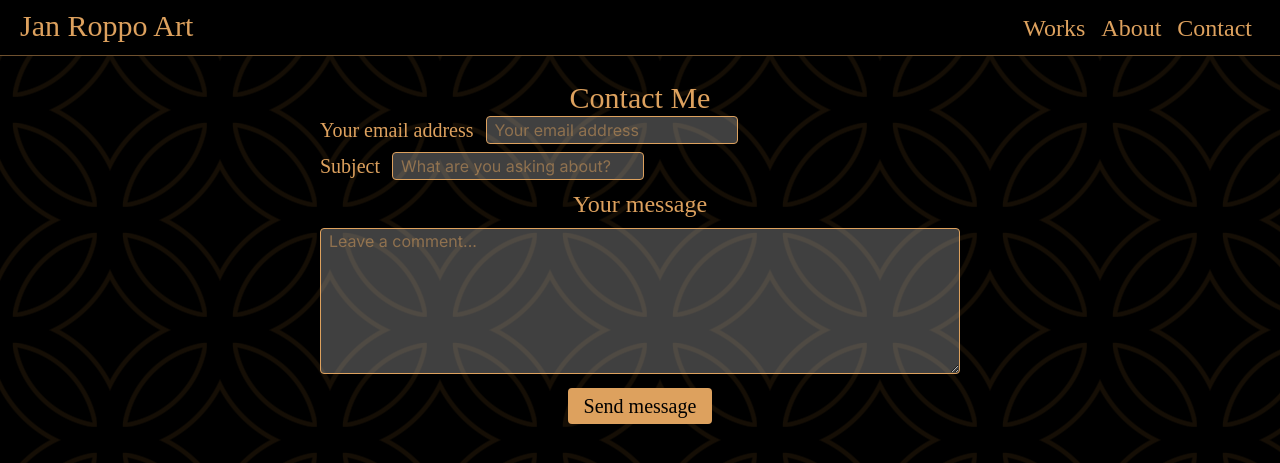
Repository: YanceMcFinn/JRArt
Page: /contact
An editor plug-in stored every save of this project. The page is shown before and after the next save, followed by the edit.
The browser window is 1280 px wide. The pictures show the whole page.
Some web fonts or font styles are not loaded; a fallback is used. The project was rebuilt for these pictures with package versions that can differ from the ones it lists, and the page was loaded fresh each time. The framework's server and built-in components were replaced by stand-ins that run in the browser. Also part of the build but not shown: next.config.js.

Above is the page before, as saved 2023-10-28 22:45:04.

After the next save:
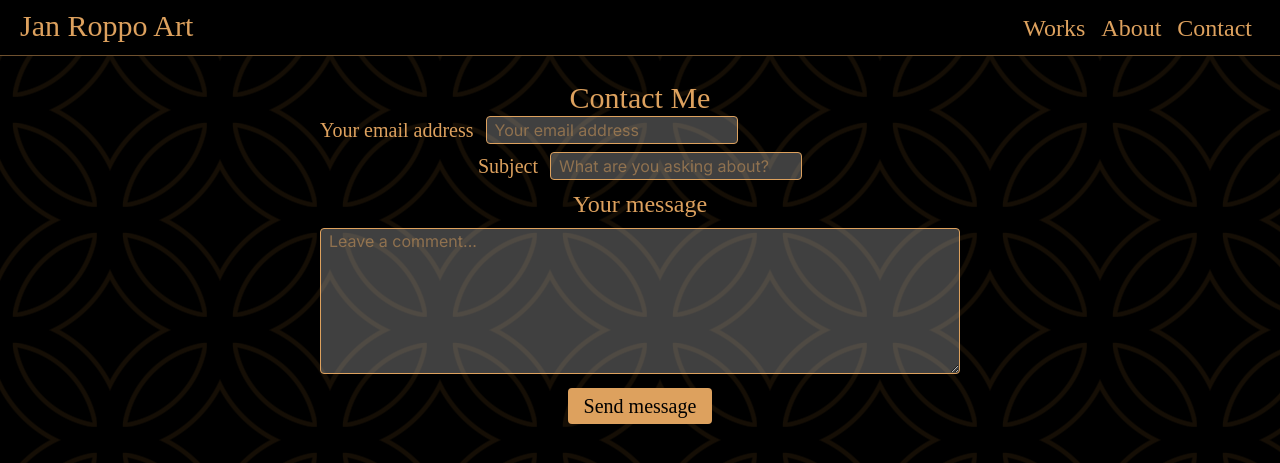
Saved 43 s later.
--- a/app/contact/page.jsx
+++ b/app/contact/page.jsx
@@ -11,7 +11,7 @@ export default function Contact() {
                         <label for="email" className='pr-3 title text-xl'>Your email address</label>
                         <input type="email" className='rounded px-2 bg-white/25 border border-main-color text-main-color placeholder-main-color/50 focus:border-main-color focus:border-2 focus:outline-none focus:ring-0'id="email" placeholder="Your email address" required/>
                     </div>
-                    <div className='mb-2 flex'>
+                    <div className='mb-2 flex justify-center'>
                         <label for="subject" className='pr-3 title text-xl'>Subject</label>
                         <input type="text" id="subject" className='rounded px-2 bg-white/25 border border-main-color text-main-color placeholder-main-color/50 focus:border-main-color focus:border-2 focus:outline-none focus:ring-0' placeholder="What are you asking about?" required/>
                     </div>
